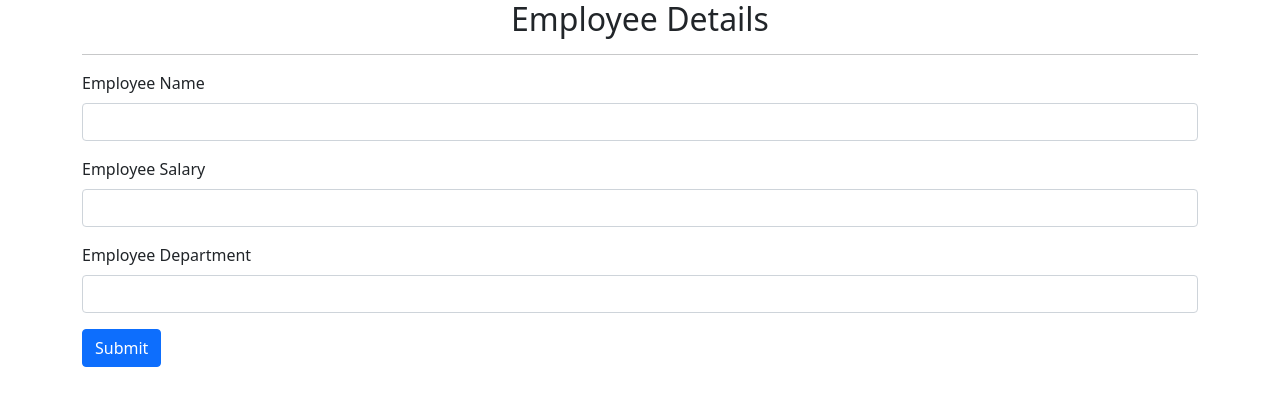
Repository: bhatideepak599/JspServlets
Page: http://localhost/10-student-mvc-db/add-Employee.jsp
The author's editor kept a copy of each file at every save. The page is drawn from the files as they stood at one save, then again after the next save.
The browser window is 1280 px wide. The pictures show the whole page.
The page is served by Tomcat 9.

Above is the page before, as saved 2024-07-17 09:13:03.

After the next save:
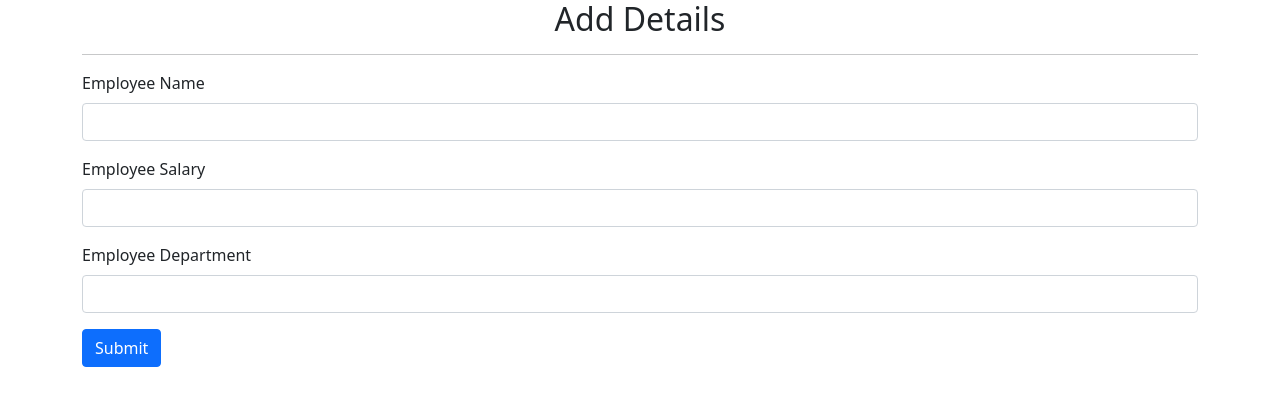
Saved 68 s later.
--- a/10-student-mvc-db/WebContent/add-Employee.jsp
+++ b/10-student-mvc-db/WebContent/add-Employee.jsp
@@ -20,7 +20,7 @@
 
 		<div class="text-center">
 
-			<p class="h2">Employee Details</p>
+			<p class="h2">Add Details</p>
 
 		</div>
 		<hr>
